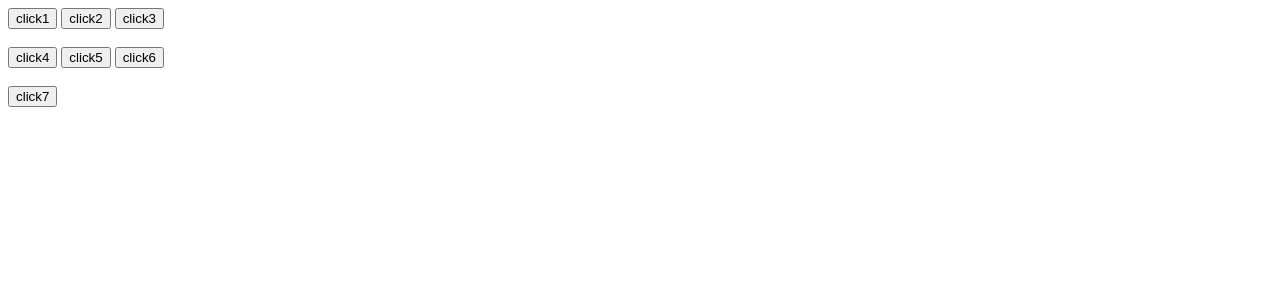
Repository: yhj4130/JsonStudy
Page: JsonApp01/WebContent/JsonTest10.html
An editor plug-in stored every save of this project. The page is shown before and after the next save, followed by the edit.
The browser window is 1280 px wide. The pictures show the whole page.

Above is the page before, as saved 2019-05-31 06:47:16.

After the next save:
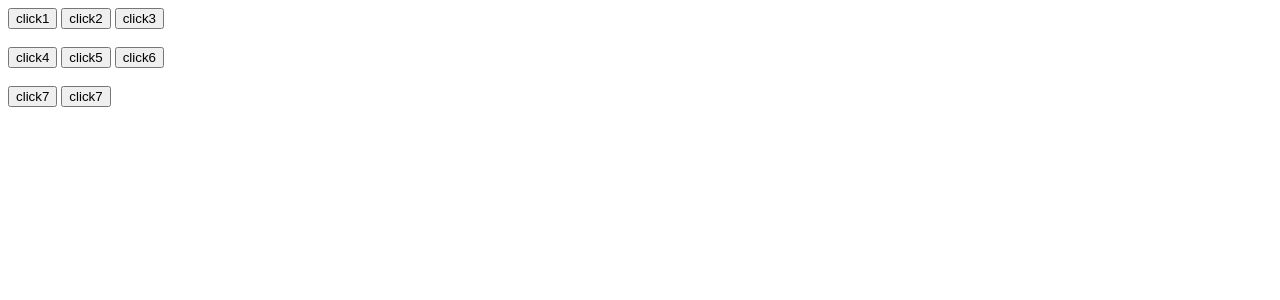
Saved 34 s later.
--- a/JsonApp01/WebContent/JsonTest10.html
+++ b/JsonApp01/WebContent/JsonTest10.html
@@ -38,5 +38,6 @@
 
 	<input type="button" value="click7" onclick="alert(obj6[0])">
 	<!-- test -->
+	<input type="button" value="click7" onclick="alert(typeof obj6[0])">
 
 </form>
